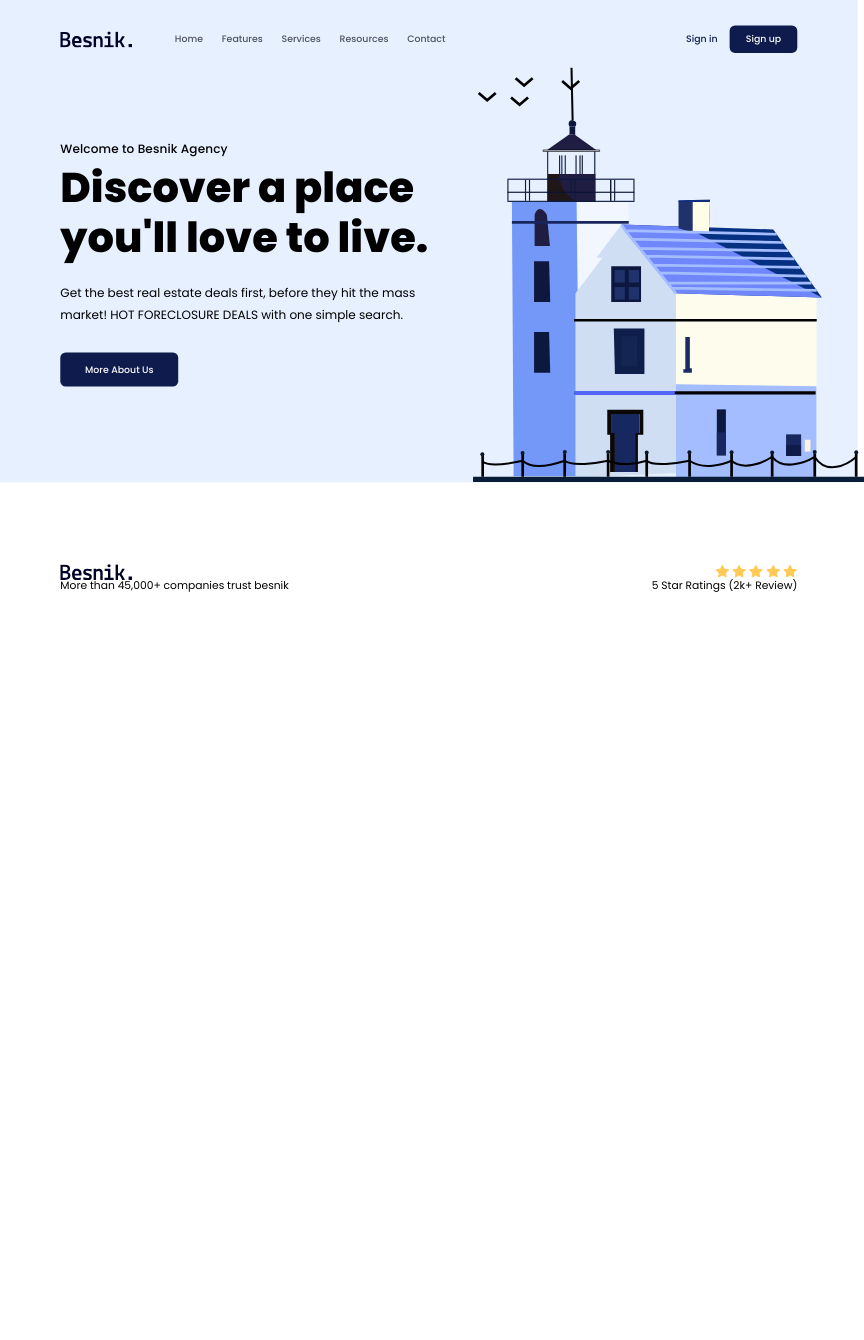
Repository: ducvui2003/f8-project-01
Page: index.html
These files come from the project's save history. The page is drawn as it stood at one moment and after the next save; the edit follows.
The browser window is 1280 px wide. The page is 1290 px wide, so the pictures cover 1290 px, including what lies to the right of the window. The pictures show the whole page, at 67% of full size.

Above is the page before, as saved 2023-06-16 20:06:50.

After the next save:
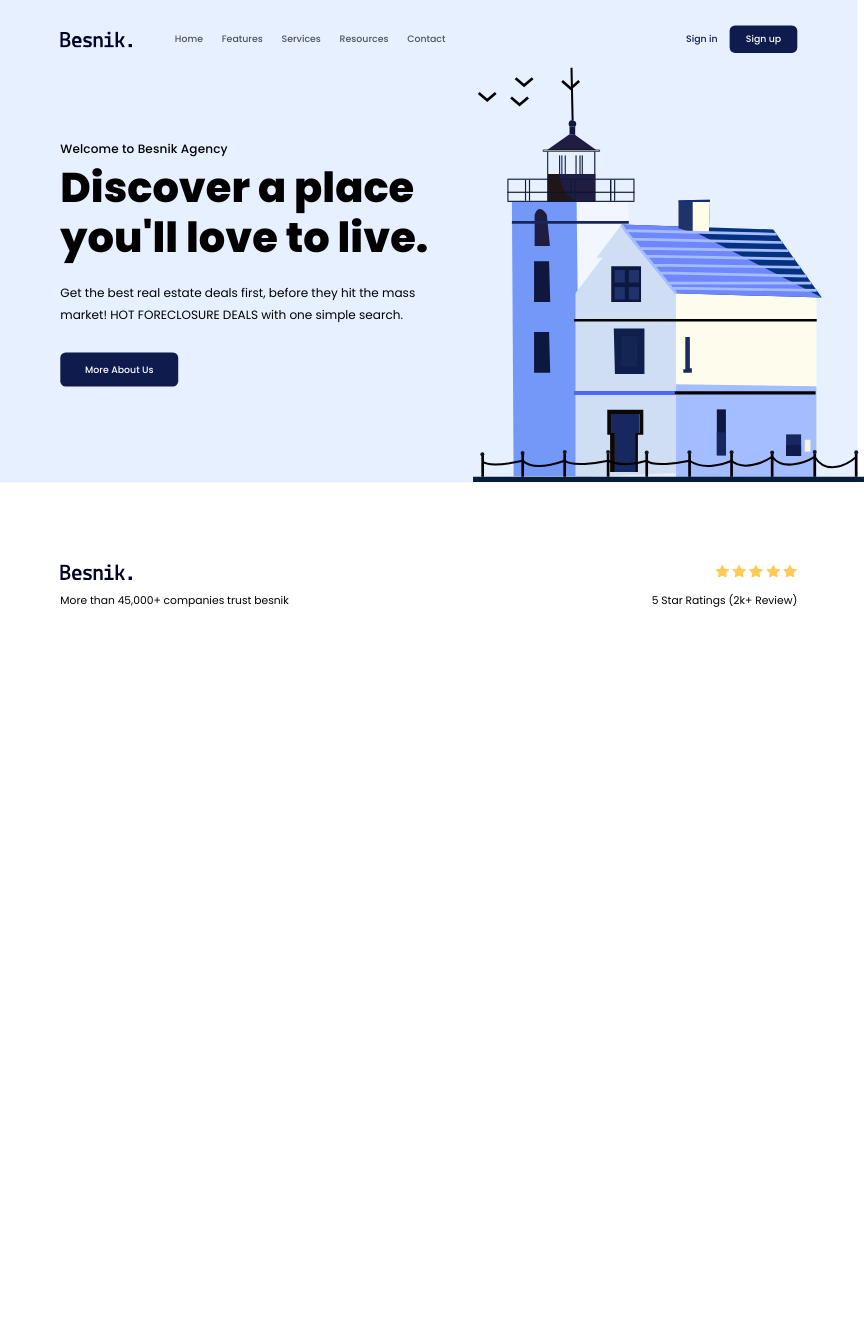
Saved 14 s later.
--- a/asset/css/styles.css
+++ b/asset/css/styles.css
@@ -139,3 +139,6 @@
   line-height: 1.25;
   color: #7d8589;
 }
+.clients .row-desc {
+  margin-top: 23px;
+}
